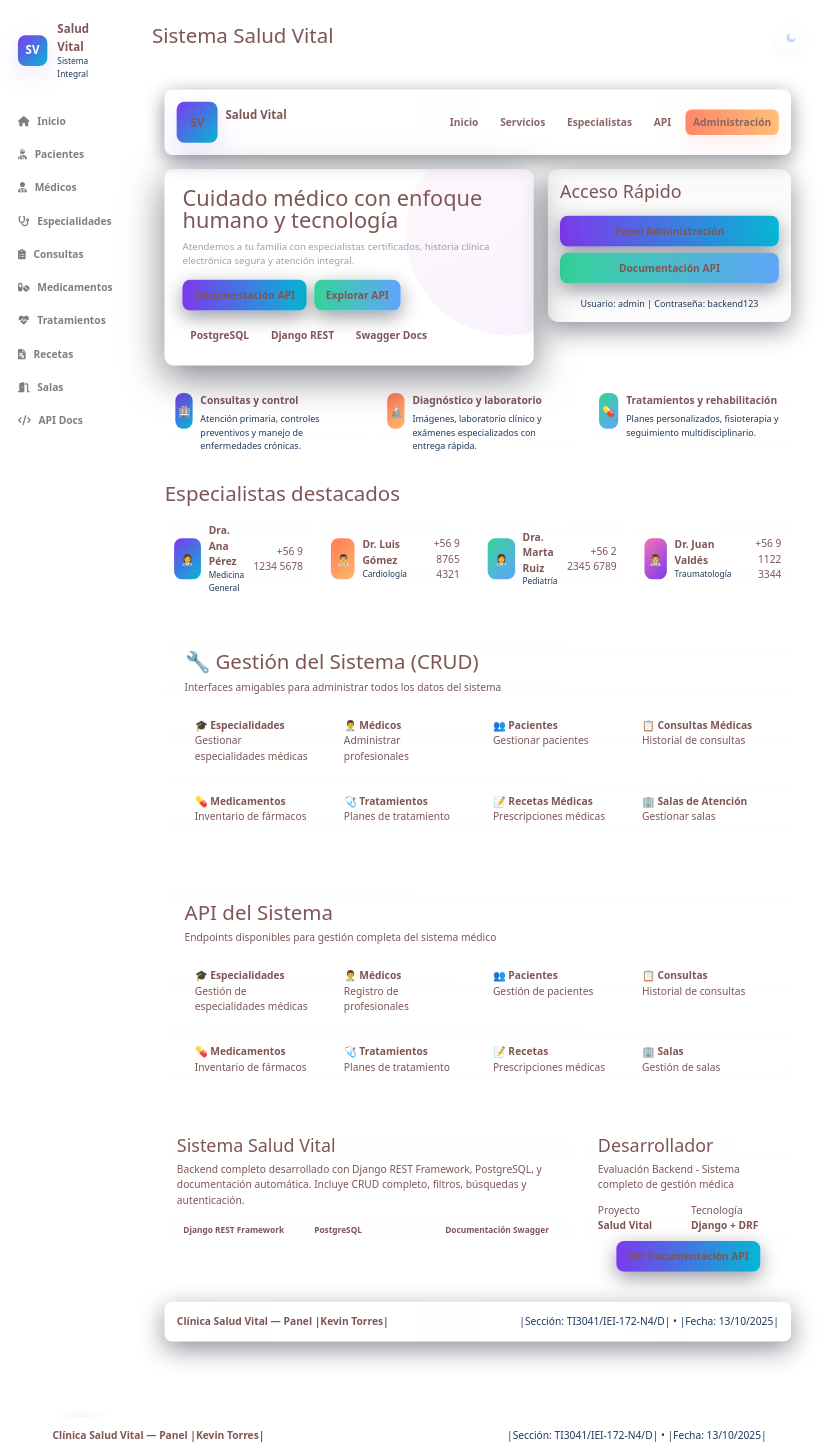
Repository: KeviNozh/eva2_clinica
Page: templates/index.html
These files come from the project's save history. The page is drawn as it stood at one moment and after the next save; the edit follows.
The browser window is 1280 px wide. The pictures show the whole page, at 64% of full size.
The template is drawn by Django 5.2. The application's start-up code is not run. Other server files are loaded and not shown. The template is opened directly, without the code that normally fills it, so the values that code supplies are empty.

Above is the page before, as saved 2025-10-16 00:19:47.

### templates/index.html
{% extends 'base.html' %}

{% block title %}Inicio - Salud Vital{% endblock %}

{% block content %}
<!DOCTYPE html>
<html lang="es">
<head>
  <meta charset="utf-8" />
  <meta name="viewport" content="width=device-width,initial-scale=1" />
  <style>
  /* Paleta viva y variables */
  :root{
    --bg:#ffffff;      /* fondo oscuro general */
    --soft-bg:#f6fbff;          /* paneles claros */
    --glass: rgba(224, 255, 246, 0.06);
    --muted:#1e395a;
    --white: #7f5555ff;

    --c1-start:#7c3aed; --c1-end:#06b6d4;   /* morado -> cian */
    --c2-start:#ff7a59; --c2-end:#ffb86b;   /* naranja -> amarillo */
    --c3-start:#34d399; --c3-end:#60a5fa;   /* verde -> azul */
    --c4-start:#f472b6; --c4-end:#7c3aed;   /* rosa -> morado */

    --radius:14px;
    --shadow-lg: 0 18px 60px rgba(2,6,23,0.5);
    --max-width:1200px;
    font-family: Inter, system-ui, -apple-system, "Segoe UI", Roboto, "Helvetica Neue", Arial, sans-serif;
    color-scheme: dark;
  }

  /* Reset y layout */
  *{box-sizing:border-box}
  html,body{height:100%;margin:0;background:
    radial-gradient(600px 300px at 10% 10%, rgba(124,58,237,0.12), transparent 10%),
    radial-gradient(500px 240px at 90% 70%, rgba(6,182,212,0.08), transparent 8%),
    var(--bg);
    -webkit-font-smoothing:antialiased;color:var(--white);
  }
  a{color:inherit;text-decoration:none}
  .wrap{max-width:var(--max-width);margin:30px auto;padding:20px}

  /* Header */
  header.site{
    display:flex;align-items:center;gap:16px;padding:18px;border-radius:12px;
    background: linear-gradient(90deg, rgba(255,255,255,0.03), rgba(255,255,255,0.02));
    border: 1px solid rgba(255,255,255,0.04);
    box-shadow: 0 8px 30px rgba(2,6,23,0.45);
  }
  .brand{display:flex;gap:12px;align-items:center}
  .logo{
    width:64px;height:64px;border-radius:12px;background:linear-gradient(135deg,var(--c1-start),var(--c1-end));
    display:grid;place-items:center;font-weight:900;font-size:18px;color:var(--white);box-shadow:0 12px 40px rgba(124,58,237,0.14)
  }
  .brand .title{font-weight:800;font-size:18px}
  .brand .subtitle{font-size:13px;color:#f6fbff;margin-top:4px}

  nav.main{margin-left:auto;display:flex;gap:10px;align-items:center}
  .nav-link{padding:8px 12px;border-radius:10px;color:var(--white);opacity:0.9;font-weight:700}
  .nav-link.ghost{background:transparent;border:1px solid rgba(186, 179, 179, 0.04);opacity:0.8}
  .nav-link.cta{background:linear-gradient(90deg,var(--c2-start),var(--c2-end));box-shadow:0 12px 30px rgba(255,122,89,0.14)}

  /* Hero */
  .hero{display:grid;grid-template-columns:1fr 380px;gap:22px;margin-top:22px;align-items:start}
  @media (max-width:980px){ .hero{grid-template-columns:1fr} }
  .hero-card{
    background: linear-gradient(180deg, rgba(255,255,255,0.04), rgba(255,255,255,0.02));
    border-radius:var(--radius);padding:28px;box-shadow:var(--shadow-lg);
    position:relative;overflow:hidden;
  }
  /* decorative shapes */
  .hero-card::before{
    content:"";position:absolute;right:-120px;top:-60px;width:320px;height:320px;border-radius:160px;
    background:linear-gradient(135deg,var(--c4-start),var(--c4-end));opacity:0.06;transform:rotate(20deg);
  }
  .hero h1{margin:0;font-size:34px;line-height:1.02}
  .hero p{margin:12px 0;color:#9da0a3;font-size:15px}
  .cta-group{display:flex;gap:12px;margin-top:18px;flex-wrap:wrap}
  .btn{
    padding:12px 18px;border-radius:12px;border:0;font-weight:800;cursor:pointer;
    color:var(--white);box-shadow:0 10px 30px rgba(2,6,23,0.4)
  }
  .btn.primary{background:linear-gradient(90deg,var(--c1-start),var(--c1-end))}
  .btn.alt{background:linear-gradient(90deg,var(--c3-start),var(--c3-end))}

  /* Appointment card (right) */
  .appointment{
    background: linear-gradient(180deg, rgba(90, 90, 90, 0.03), rgba(87, 86, 86, 0.02));
    padding:18px;border-radius:16px;border:1px solid rgba(255,255,255,0.04);box-shadow:0 12px 40px rgba(2,6,23,0.45)
  }
  .appointment h3{margin:0 0 10px 0}
  .appointment label{display:block;font-size:13px;color:var(--muted);margin-bottom:6px}
  .appointment input, .appointment select{width:100%;padding:10px;border-radius:10px;border:1px solid rgba(255,255,255,0.04);background:transparent;color:var(--white);margin-bottom:10px}

  /* Services grid */
  .services{display:grid;grid-template-columns:repeat(3,1fr);gap:14px;margin-top:26px}
  @media (max-width:1100px){ .services{grid-template-columns:repeat(2,1fr)} }
  @media (max-width:700px){ .services{grid-template-columns:1fr} }
  .service{
    background:linear-gradient(180deg, rgba(255,255,255,0.02), rgba(255,255,255,0.01));
    padding:16px;border-radius:12px;border:1px solid rgba(255,255,255,0.03);display:flex;gap:12px;align-items:flex-start;
  }
  .service .icon{width:56px;height:56px;border-radius:12px;display:grid;place-items:center;color:var(--white);font-weight:900}
  .s1{background:linear-gradient(135deg,var(--c1-start),var(--c1-end))}
  .s2{background:linear-gradient(135deg,var(--c2-start),var(--c2-end))}
  .s3{background:linear-gradient(135deg,var(--c3-start),var(--c3-end))}
  .service .title{font-weight:800}
  .service .desc{color:var(--muted);margin-top:6px;font-size:14px}

  /* Specialists */
  .specialists{margin-top:28px}
  .specialists h2{margin:0 0 12px 0}
  .cards{display:grid;grid-template-columns:repeat(4,1fr);gap:14px}
  @media (max-width:1100px){ .cards{grid-template-columns:repeat(2,1fr)} }
  @media (max-width:600px){ .cards{grid-template-columns:1fr} }
  .doctor{
    background:linear-gradient(180deg, rgba(255,255,255,0.02), rgba(255,255,255,0.01));
    padding:14px;border-radius:12px;border:1px solid rgba(255,255,255,0.03);display:flex;gap:12px;align-items:center;
  }
  .avatar{width:64px;height:64px;border-radius:12px;display:grid;place-items:center;font-weight:900;color:var(--white)}
  .avatar.a1{background:linear-gradient(135deg,var(--c1-start),var(--c1-end))}
  .avatar.a2{background:linear-gradient(135deg,var(--c2-start),var(--c2-end))}
  .avatar.a3{background:linear-gradient(135deg,var(--c3-start),var(--c3-end))}
  .avatar.a4{background:linear-gradient(135deg,var(--c4-start),var(--c4-end))}
  .doc-meta .name{font-weight:800}
  .doc-meta .spec{color:var(--muted);font-size:13px}

  /* Facilities / base */
  .base{display:grid;grid-template-columns:2fr 1fr;gap:16px;margin-top:28px}
  @media (max-width:900px){ .base{grid-template-columns:1fr} }
  .about, .contact{
    background: linear-gradient(180deg, rgba(255,255,255,0.02), rgba(255,255,255,0.01));
    padding:18px;border-radius:12px;border:1px solid rgba(255,255,255,0.03);
  }
  .about h3{margin-top:0}
  .features{display:grid;grid-template-columns:repeat(3,1fr);gap:10px;margin-top:12px}
  .feature{padding:10px;border-radius:10px;background:linear-gradient(90deg, rgba(255,255,255,0.02), transparent);font-weight:700;color:var(--white);font-size:13px}

  /* Contact */
  .contact form input, .contact form textarea{width:100%;padding:10px;border-radius:10px;border:1px solid rgba(255,255,255,0.04);background:transparent;color:var(--white);margin-bottom:8px}

  /* Footer */
  footer.site{
    margin-top:28px;padding:18px;border-radius:12px;background:linear-gradient(90deg, rgba(255,255,255,0.03), rgba(255,255,255,0.02));
    border:1px solid rgba(255,255,255,0.04);
    display:flex;justify-content:space-between;align-items:center;gap:12px;box-shadow:0 12px 40px rgba(2,6,23,0.45)
  }
  .footer-left{font-weight:800}
  .footer-right{color:var(--muted)}
  .pill{display:inline-block;padding:8px 12px;border-radius:999px;background:rgba(255,255,255,0.04);font-weight:700}

  /* API Links Section */
  .api-section {
    margin-top: 40px;
    padding: 30px;
    background: linear-gradient(180deg, rgba(255,255,255,0.03), rgba(255,255,255,0.01));
    border-radius: 16px;
    border: 1px solid rgba(255,255,255,0.04);
  }
  .api-links {
    display: grid;
    grid-template-columns: repeat(auto-fit, minmax(200px, 1fr));
    gap: 15px;
    margin-top: 20px;
  }
  .api-link {
    padding: 15px;
    background: rgba(255,255,255,0.02);
    border-radius: 10px;
    border: 1px solid rgba(255,255,255,0.03);
    transition: all 0.3s ease;
  }
  .api-link:hover {
    background: rgba(255,255,255,0.05);
    transform: translateY(-2px);
  }

  /* Small responsive tweaks */
  @media (max-width:520px){
    .nav-link{display:none}
    header.site{padding:12px}
    .logo{width:52px;height:52px}
  }
  </style>
</head>
<body>
  <div class="wrap">
    <!-- Header -->
    <header class="site" role="banner" aria-label="Encabezado principal">
      <div class="brand">
        <div class="logo" aria-hidden>SV</div>
        <div>
          <div class="title">Salud Vital</div>
          <div class="subtitle">Clínica Integral — Atención humana</div>
        </div>
      </div>

      <nav class="main" role="navigation" aria-label="Navegación principal">
        <a class="nav-link" href="#home">Inicio</a>
        <a class="nav-link" href="#servicios">Servicios</a>
        <a class="nav-link" href="#medicos">Especialistas</a>
        <a class="nav-link" href="#api">API</a>
        <a class="nav-link cta" href="/admin/">Administración</a>
      </nav>
    </header>

    <!-- Hero + Appointment -->
    <section class="hero" id="home" aria-labelledby="hero-title">
      <div class="hero-card">
        <h1 id="hero-title">Cuidado médico con enfoque humano y tecnología</h1>
        <p>Atendemos a tu familia con especialistas certificados, historia clínica electrónica segura y atención integral.</p>

        <div class="cta-group">
          <a class="btn primary" href="/api/docs/">Documentación API</a>
          <a class="btn alt" href="/api/">Explorar API</a>
        </div>

        <div style="margin-top:18px;display:flex;gap:10px;flex-wrap:wrap">
          <span class="pill">PostgreSQL</span>
          <span class="pill">Django REST</span>
          <span class="pill">Swagger Docs</span>
        </div>
      </div>

      <aside class="appointment" aria-labelledby="ap-title" id="cita">
        <h3 id="ap-title">Acceso Rápido</h3>
        <div style="text-align: center; margin: 20px 0;">
          <a href="/admin/" class="btn primary" style="display: block; margin-bottom: 10px;">Panel Administración</a>
          <a href="/api/docs/" class="btn alt" style="display: block;">Documentación API</a>
        </div>
        <div style="color: var(--muted); font-size: 14px; text-align: center;">
          Usuario: admin | Contraseña: backend123
        </div>
      </aside>
    </section>

    <!-- Services -->
    <section id="servicios" class="services" aria-label="Servicios destacados">
      <article class="service">
        <div class="icon s1">🏥</div>
        <div>
          <div class="title">Consultas y control</div>
          <div class="desc">Atención primaria, controles preventivos y manejo de enfermedades crónicas.</div>
        </div>
      </article>

      <article class="service">
        <div class="icon s2">🔬</div>
        <div>
          <div class="title">Diagnóstico y laboratorio</div>
          <div class="desc">Imágenes, laboratorio clínico y exámenes especializados con entrega rápida.</div>
        </div>
      </article>

      <article class="service">
        <div class="icon s3">💊</div>
        <div>
          <div class="title">Tratamientos y rehabilitación</div>
          <div class="desc">Planes personalizados, fisioterapia y seguimiento multidisciplinario.</div>
        </div>
      </article>
    </section>

    <!-- Specialists -->
    <section class="specialists" id="medicos">
      <h2>Especialistas destacados</h2>
      <div class="cards" role="list">
        <div class="doctor" role="listitem">
          <div class="avatar a1">👩‍⚕️</div>
          <div class="doc-meta" style="flex:1">
            <div class="name">Dra. Ana Pérez</div>
            <div class="spec">Medicina General</div>
          </div>
          <div style="text-align:right">
            <div class="muted">+56 9 1234 5678</div>
          </div>
        </div>

        <div class="doctor">
          <div class="avatar a2">👨‍⚕️</div>
          <div class="doc-meta" style="flex:1">
            <div class="name">Dr. Luis Gómez</div>
            <div class="spec">Cardiología</div>
          </div>
          <div style="text-align:right">
            <div class="muted">+56 9 8765 4321</div>
          </div>
        </div>

        <div class="doctor">
          <div class="avatar a3">👩‍⚕️</div>
          <div class="doc-meta" style="flex:1">
            <div class="name">Dra. Marta Ruiz</div>
            <div class="spec">Pediatría</div>
          </div>
          <div style="text-align:right">
            <div class="muted">+56 2 2345 6789</div>
          </div>
        </div>

        <div class="doctor">
          <div class="avatar a4">👨‍⚕️</div>
          <div class="doc-meta" style="flex:1">
            <div class="name">Dr. Juan Valdés</div>
            <div class="spec">Traumatología</div>
          </div>
          <div style="text-align:right">
            <div class="muted">+56 9 1122 3344</div>
          </div>
        </div>
      </div>
    </section>

<!-- Agregar esta sección después de "Especialistas destacados" -->
<section class="api-section" id="crud">
  <h2>🔧 Gestión del Sistema (CRUD)</h2>
  <p class="muted">Interfaces amigables para administrar todos los datos del sistema</p>

  <div class="api-links">
    <a href="/crud/especialidades/" class="api-link">
      <strong>🎓 Especialidades</strong>
      <div class="muted">Gestionar especialidades médicas</div>
    </a>
    <a href="/crud/medicos/" class="api-link">
      <strong>👨‍⚕️ Médicos</strong>
      <div class="muted">Administrar profesionales</div>
    </a>
    <a href="/crud/pacientes/" class="api-link">
      <strong>👥 Pacientes</strong>
      <div class="muted">Gestionar pacientes</div>
    </a>
    <a href="/crud/consultas/" class="api-link">
      <strong>📋 Consultas Médicas</strong>
      <div class="muted">Historial de consultas</div>
    </a>
    <a href="/crud/medicamentos/" class="api-link">
      <strong>💊 Medicamentos</strong>
      <div class="muted">Inventario de fármacos</div>
    </a>
    <a href="/crud/tratamientos/" class="api-link">
      <strong>🩺 Tratamientos</strong>
      <div class="muted">Planes de tratamiento</div>
    </a>
    <a href="/crud/recetas/" class="api-link">
      <strong>📝 Recetas Médicas</strong>
      <div class="muted">Prescripciones médicas</div>
    </a>
    <a href="/crud/salas/" class="api-link">
      <strong>🏢 Salas de Atención</strong>
      <div class="muted">Gestionar salas</div>
    </a>
  </div>
</section>

    <!-- API Section -->
    <section class="api-section" id="api">
      <h2>API del Sistema</h2>
      <p class="muted">Endpoints disponibles para gestión completa del sistema médico</p>

      <div class="api-links">
        <a href="/api/especialidades/" class="api-link">
          <strong>🎓 Especialidades</strong>
          <div class="muted">Gestión de especialidades médicas</div>
        </a>
        <a href="/api/medicos/" class="api-link">
          <strong>👨‍⚕️ Médicos</strong>
          <div class="muted">Registro de profesionales</div>
        </a>
        <a href="/api/pacientes/" class="api-link">
          <strong>👥 Pacientes</strong>
          <div class="muted">Gestión de pacientes</div>
        </a>
        <a href="/api/consultas-medicas/" class="api-link">
          <strong>📋 Consultas</strong>
          <div class="muted">Historial de consultas</div>
        </a>
        <a href="/api/medicamentos/" class="api-link">
          <strong>💊 Medicamentos</strong>
          <div class="muted">Inventario de fármacos</div>
        </a>
        <a href="/api/tratamientos/" class="api-link">
          <strong>🩺 Tratamientos</strong>
          <div class="muted">Planes de tratamiento</div>
        </a>
        <a href="/api/recetas-medicas/" class="api-link">
          <strong>📝 Recetas</strong>
          <div class="muted">Prescripciones médicas</div>
        </a>
        <a href="/api/salas-atencion/" class="api-link">
          <strong>🏢 Salas</strong>
          <div class="muted">Gestión de salas</div>
        </a>
      </div>
    </section>

    <!-- Base / About & Contact -->
    <section class="base" id="contacto">
      <div class="about">
        <h3>Sistema Salud Vital</h3>
        <p class="muted">Backend completo desarrollado con Django REST Framework, PostgreSQL, y documentación automática. Incluye CRUD completo, filtros, búsquedas y autenticación.</p>

        <div class="features" aria-hidden>
          <div class="feature">Django REST Framework</div>
          <div class="feature">PostgreSQL</div>
          <div class="feature">Documentación Swagger</div>
        </div>
      </div>

      <aside class="contact" aria-labelledby="contact-title">
        <h3 id="contact-title">Desarrollador</h3>
        <p class="muted">Evaluación Backend - Sistema completo de gestión médica</p>

        <div style="display:flex;gap:8px;margin-top:8px">
          <div style="flex:1">
            <div class="muted">Proyecto</div>
            <div style="font-weight:800">Salud Vital</div>
          </div>
          <div style="flex:1">
            <div class="muted">Tecnología</div>
            <div style="font-weight:800">Django + DRF</div>
          </div>
        </div>

        <div style="margin-top:12px; text-align: center;">
          <a href="/api/docs/" class="btn primary">Ver Documentación API</a>
        </div>
      </aside>
    </section>

    <!-- Footer -->
    <footer class="site" role="contentinfo">
      <div class="footer-left">
        Clínica Salud Vital — Panel |Kevin Torres|
      </div>
      <div class="footer-right">
        <div class="muted">|Sección: TI3041/IEI-172-N4/D| • |Fecha: 13/10/2025|</div>
      </div>
    </footer>
  </div>
</body>
</html>
{% endblock %}

Loaded but not shown: templates/base.html (345 lines, source omitted)

After the next save:
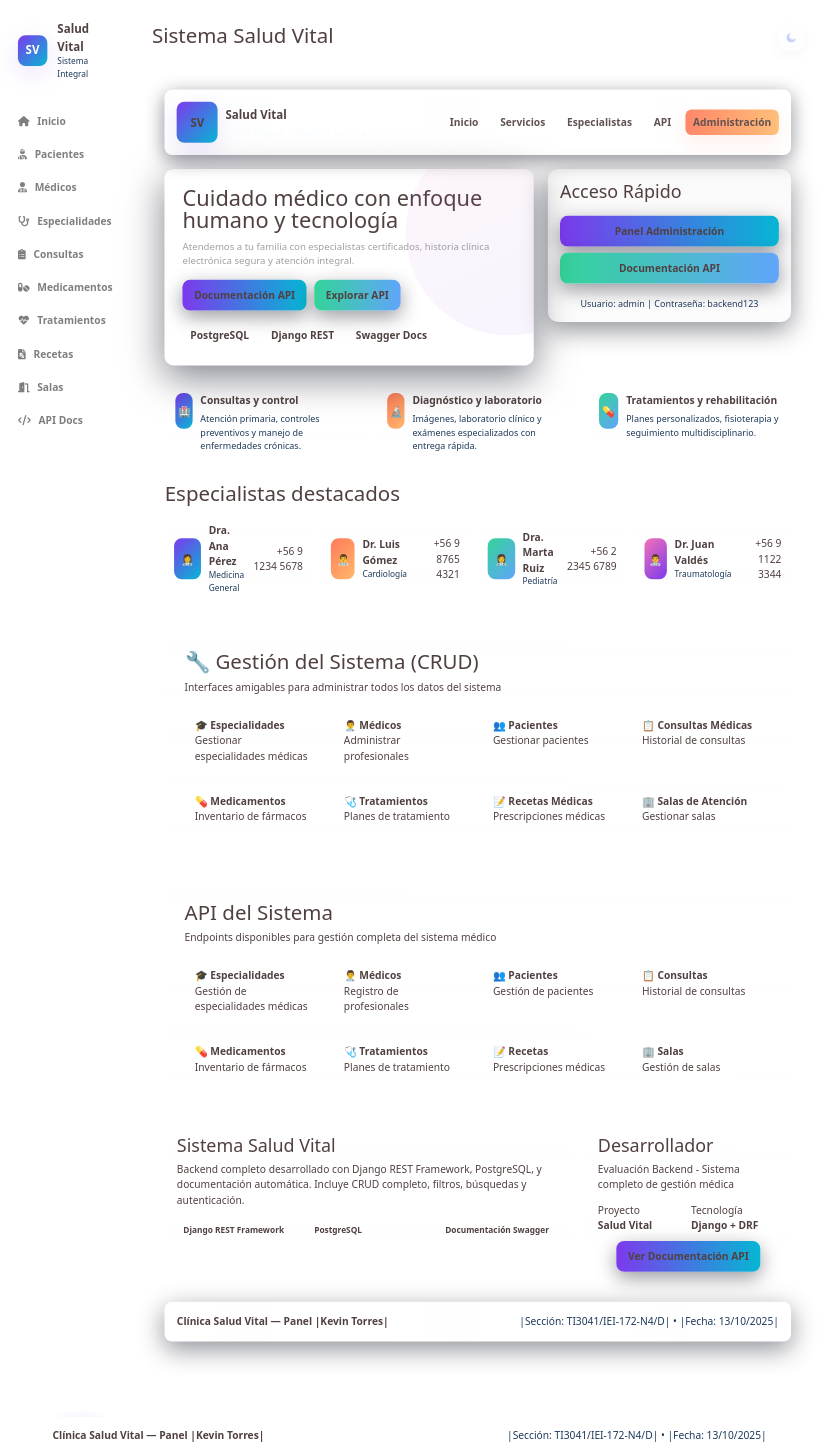
Saved 6 s later.
--- a/templates/index.html
+++ b/templates/index.html
@@ -15,7 +15,7 @@
     --soft-bg:#f6fbff;          /* paneles claros */
     --glass: rgba(224, 255, 246, 0.06);
     --muted:#1e395a;
-    --white: #7f5555ff;
+    --white: #514040ff;
 
     --c1-start:#7c3aed; --c1-end:#06b6d4;   /* morado -> cian */
     --c2-start:#ff7a59; --c2-end:#ffb86b;   /* naranja -> amarillo */
